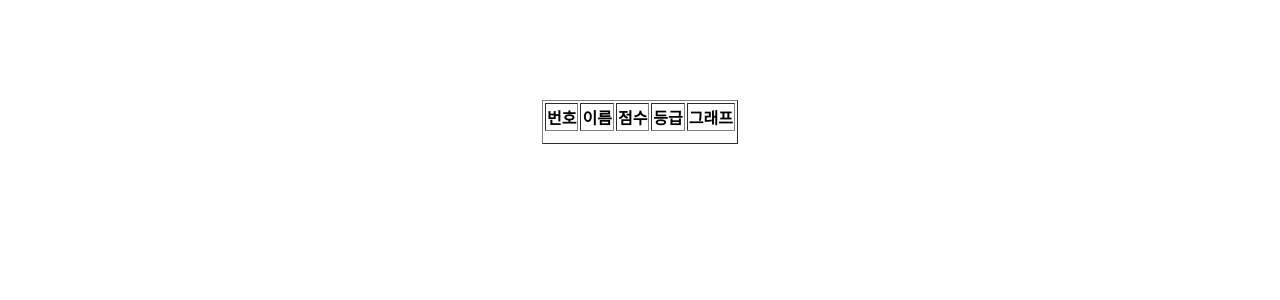
Repository: kkw3202/Jsp2026
Page: http://localhost/chapter01/example_score.jsp
These files come from the project's save history. The page is drawn as it stood at one moment and after the next save; the edit follows.
The browser window is 1280 px wide. The pictures show the whole page.
The page is served by Tomcat 9.

Above is the page before, as saved 2026-10-16 04:17:58.

After the next save:
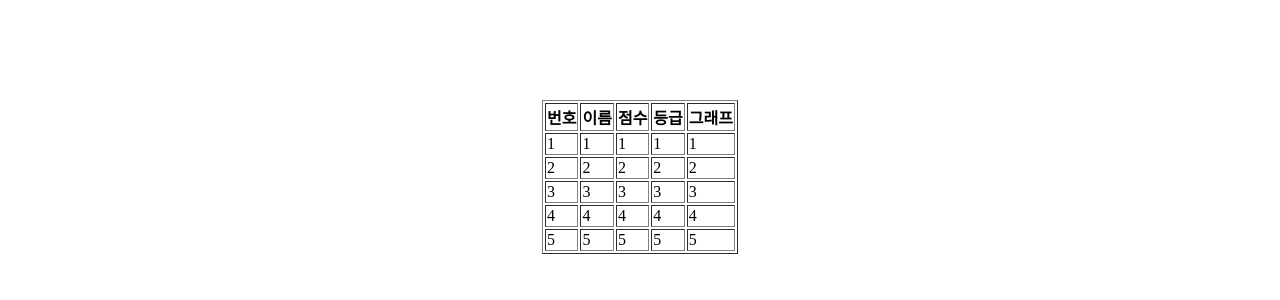
Saved 75 s later.
--- a/chapter01/src/main/webapp/example_score.jsp
+++ b/chapter01/src/main/webapp/example_score.jsp
@@ -31,7 +31,7 @@
 			for(int i = 0; i<names.length; i++){
 				out.print("<tr>");
 				for(int j = 0; j<5; j++){
-
+					out.print("<td>"+(i+1)+"</td>");
 				}
 				out.print("</tr>");
 			}
